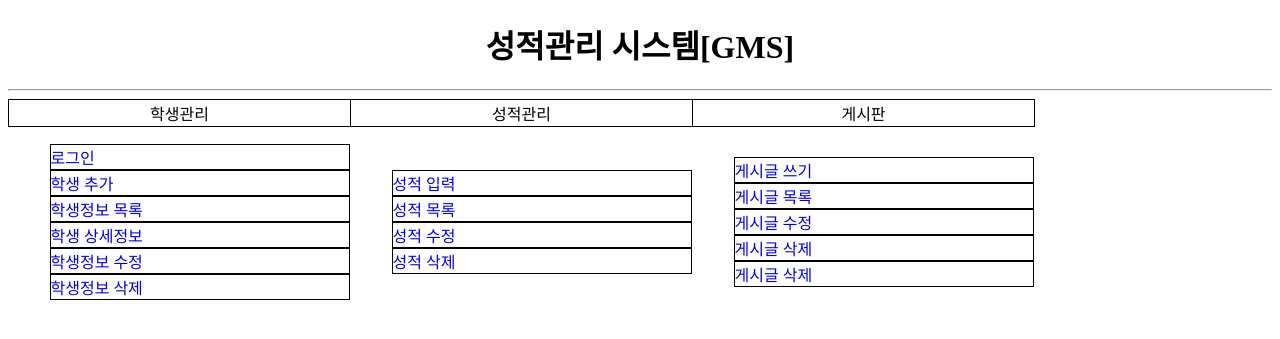
Repository: ByeonYJ/CSSTest
Page: GMSUI/WebContent/index.html
These files come from the project's save history. The page is drawn as it stood at one moment and after the next save; the edit follows.
The browser window is 1280 px wide. The pictures show the whole page.

Above is the page before, as saved 2017-07-20 08:55:45.

### GMSUI/WebContent/index.html
<!DOCTYPE html>
<html>
<head>
<meta charset="UTF-8">
<meta name="viewport" content="width=device-width, initial-scale=1.0">
<title>Main</title>
<link rel="stylesheet" href="css/common.css" />
<link rel="stylesheet" href="css/member.css" />
</head>
<body>
	<div id="wrapper" class="width-100pro">
		<h1 class="gms-text-center" >성적관리 시스템[GMS]</h1>
		<hr />
		<table id="index-tab">
			<tr id="index-tab-tr">
				<td>학생관리</td>
				<td>성적관리</td>
				<td>게시판</td>
			</tr>

			<tr>
				<td>
					<ul class="index-ul">
						<li><a href="member/member_login.html">로그인</a></li>
						<li><a href="member/member_add.html">학생 추가</a></li>
						<li><a href="member/member_list.html">학생정보 목록</a></li>
						<li><a href="member/member_detail.html">학생 상세정보</a></li>
						<li><a href="member/member_update.html">학생정보 수정 </a></li>
						<li><a href="member/member_delete.html">학생정보 삭제</a></li>
					</ul>
				</td>
				<td>
					 <ul class="index-ul">
						<li><a href="grade/grade_add.html">성적 입력</a></li>
						<li><a href="grade/grade_list.html">성적 목록</a></li>
						<li><a href="grade/grade_update.html">성적 수정</a></li>
						<li><a href="grade/grade_delete.html">성적 삭제</a></li>
					 </ul>
				</td>
				<td>
					<ul class="index-ul">
						<li><a class="gms-text-deco-none" href="board/board_wirte.html">게시글 쓰기</a></li>
						<li><a class="gms-text-deco-none" href="board/board_list.html">게시글 목록</a></li>
						<li><a href="board/board_update.html">게시글 수정</a></li>
						<li><a href="board/board_delete.html">게시글 삭제</a></li>
						<li><a href="board/board_delete.html">게시글 삭제</a></li>
				</ul>
				</td>

			</tr>
		</table>
	</div>
</body>
</html>

### GMSUI/WebContent/css/common.css
@CHARSET "UTF-8";
table{border-collapse:collapse;}
#wrapper{width:100%}
#go_main{float:right}
#title{text-align:center;}
#container{margin:0 auto;width:400;}
.gms-text-center{text-align:center;}
.gms-border-black{border:1px solid black;}
.gms-width-100pro{width:100%;}
.gms-width-30pro{width:30%;}
.gms-text-deco-none{text-decoration:none;}
.gms-margin-auto{margin:0 auto;}
.gms-list-none{list-style-type:none;}
.gms-inline-block{display:inline-block;}
.gms-fload-right{float:right;}
.gms-bgcolor-blue{background-color:blue;}
.gms-bgcolor-red{background-color:red;}
.gms-border-black{border:1px solid black;}
.gms-textcolor-white{color:white;}
.gms-textcolor-blue{color:blue}
.gms-border-collapse{border-collapse: collapse;}
/*background color*/
.gms-busy-backgroundcolor-red{background-color: red;}
.gms-busy-backgroundcolor-blue{background-color: blue;}
/*font color*/
.gms-busy-color-red{color: red;}
.gms-busy-color-blue{color: blue;}
.gms-busy-color-white{color: white;}

### GMSUI/WebContent/css/member.css
@CHARSET "UTF-8";

@IMPORT "common.css";
/* index css */
#index-tab {width: 80%;margin:0auto;}
#index-tab-tr>td {border:1px solid black;text-align:center;}
.index-ul {width:300px;list-style:none;}
.index-ul>li {border:1px solid black;text-align:enter;}
.index-ul>li>a {text-decoration:none;}
/*login css  */
#login-button_submit{width:300px;padding-top:5px;padding-bottom:5px;font-size:30px;background-color:#3c89bc;color:white;}
#login-button_cancle{width:300px;padding-top:5px;padding-bottom:5px;font-size:30px;background-color:#ce4a4a;color:white;}
#login_id{color:blue;font-size:30px;}
#login_pass{color:blue;font-size:30px;}
/*join css*/
#join_id{width:100px;display:inline-block;}
#join_pass{width:100px;display:inline-block;}
#join_name{width:100px;display:inline-block;}
#join_birth{width:100px;display:inline-block;}
#join_email{width:100px;display:inline-block;}
#join_yes_button{background-color:#3c89bc;color:white;font-size:15px;width:130px;}
#join_no_button{background-color:#ce4a4a;color:white;font-size:15px;width:130px;}

After the next save:
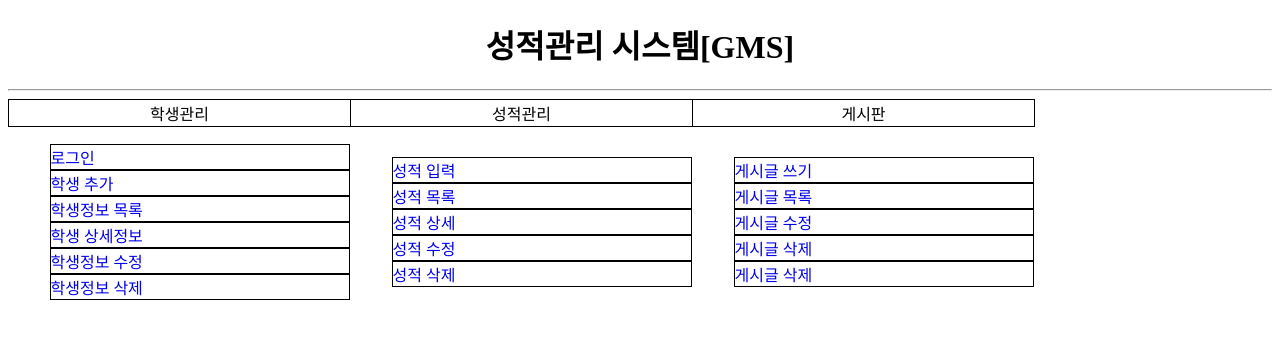
Saved 36 s later.
--- a/GMSUI/WebContent/index.html
+++ b/GMSUI/WebContent/index.html
@@ -33,6 +33,7 @@
 					 <ul class="index-ul">
 						<li><a href="grade/grade_add.html">성적 입력</a></li>
 						<li><a href="grade/grade_list.html">성적 목록</a></li>
+						<li><a href="grade/grade_detail.html">성적 상세</a></li>
 						<li><a href="grade/grade_update.html">성적 수정</a></li>
 						<li><a href="grade/grade_delete.html">성적 삭제</a></li>
 					 </ul>
